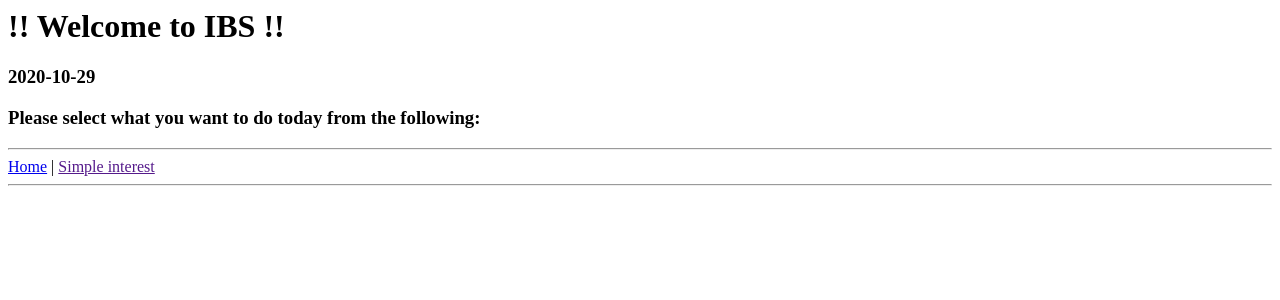
Repository: anik84/ibs
Page: http://localhost/IBS/
These files come from the project's save history. The page is drawn as it stood at one moment and after the next save; the edit follows.
The browser window is 1280 px wide. The pictures show the whole page.
The page is served by Tomcat 9. Other server files are loaded and not shown.

Above is the page before, as saved 2020-10-29 04:42:10.

### IBS_JSPs/IBS/WebContent/index.jsp
<%@page import="java.time.LocalDate"%>
<html>
	<head>
		<title>IBS Home</title>
	</head>
	<body>
		<h1>!! Welcome to IBS !! <h3><%=LocalDate.now() %></h3></h1>

		<h3>Please select what you want to do today from the following:</h2>
		<jsp:include page="menu.jsp"/>
	</body>
</html>

### IBS_JSPs/IBS/WebContent/menu.jsp
<nav>
	<hr />
	 <a href="index.jsp">Home</a>
	 <span>|</span>
	 <a href="">Simple interest</a>
	<hr />
</nav>

After the next save:
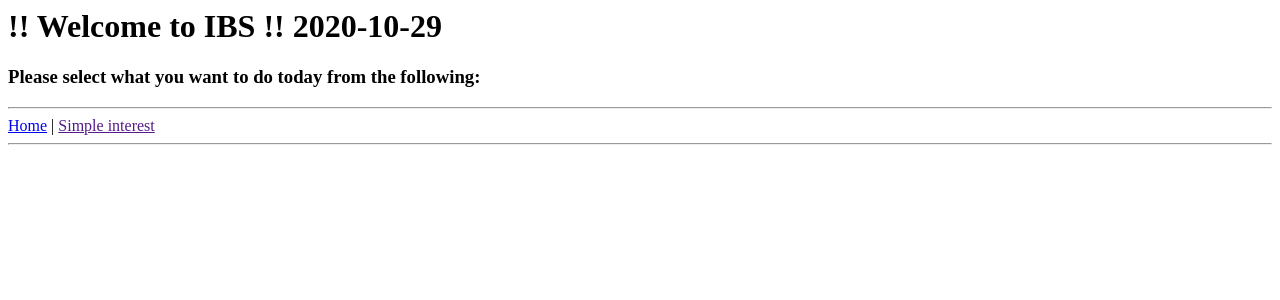
Saved 60 s later.
--- a/IBS_JSPs/IBS/WebContent/index.jsp
+++ b/IBS_JSPs/IBS/WebContent/index.jsp
@@ -4,7 +4,7 @@
 		<title>IBS Home</title>
 	</head>
 	<body>
-		<h1>!! Welcome to IBS !! <h3><%=LocalDate.now() %></h3></h1>
+		<h1>!! Welcome to IBS !! <%=LocalDate.now() %></h1>
 
 		<h3>Please select what you want to do today from the following:</h2>
 		<jsp:include page="menu.jsp"/>
